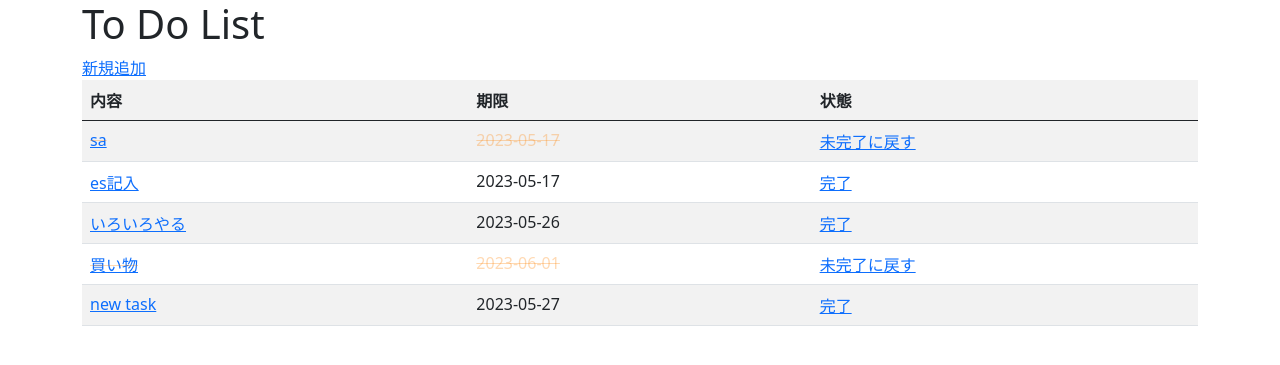
Repository: sgmtg/ToDoList
Page: http://localhost/
The author's editor kept a record of every edit. The page is drawn from the files as they stood at one moment, then again after the next edit.
The browser window is 1280 px wide. The pictures show the whole page.
The page is served by the project's application, run on Flask 3 (app.py). The page reads the database file committed with the project.

Above is the page before.

After the next edit:
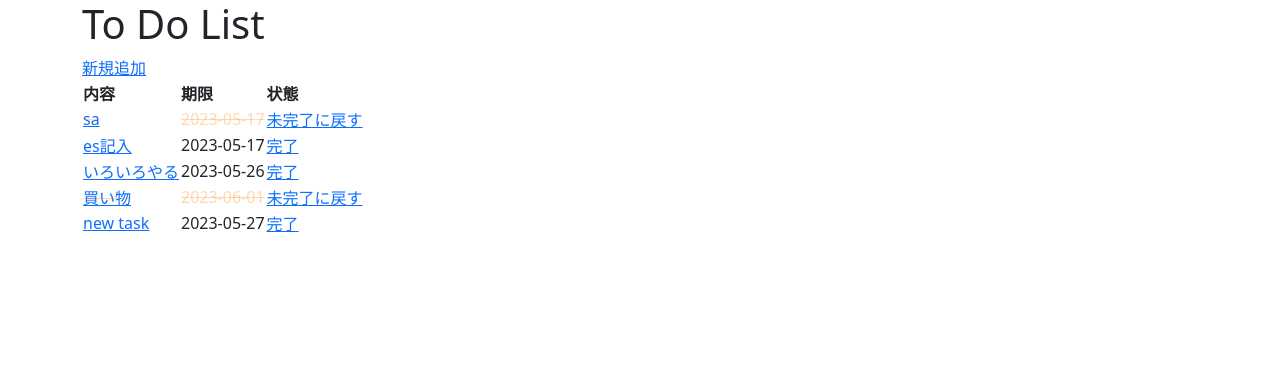
The edit:
--- a/templates/index.html
+++ b/templates/index.html
@@ -6,7 +6,7 @@
     <div>
         <h1>To Do List</h1>
         <a href="/create">新規追加</a>
-        <table class="table table-striped">
+        <table>
             </th><th>内容</th><th>期限</th><th>状態</th></tr>
         <tbody>
         {% for post in posts %}
